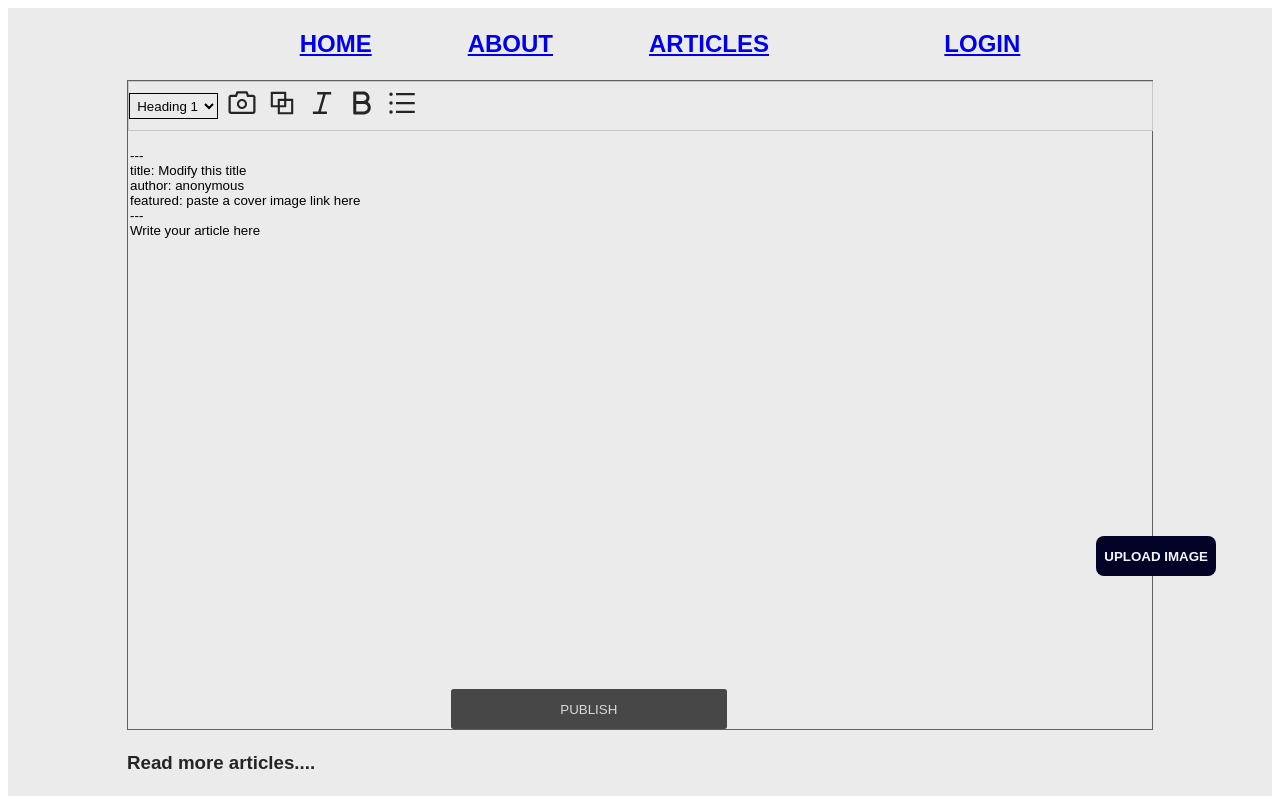
Repository: ValGrace/-static-site
Page: /articles (app in client/)
An editor plug-in stored every save of this project. The page is shown before and after the next save, followed by the edit.
The browser window is 1280 px wide. The pictures show the whole page.
The page's requests for data from a server got no answer. The project was rebuilt for these pictures with package versions that can differ from the ones it lists, and the page was loaded fresh each time. No one was signed in, and anything a server would have sent is missing. Also part of the build but not shown: client/vite.config.js, client/src/Components/Login.jsx, client/src/Components/Signup.jsx, client/src/Components/MidSection.jsx, client/src/Components/HomeSection.jsx, client/src/Components/TopSection.jsx, client/src/MdFiles/MdFileContext.js, client/src/Pages/HomePage.jsx and 1 more.

Above is the page before, as saved 2023-07-01 18:33:59.

### client/index.html
<!DOCTYPE html>
<html lang="en">
  <head>
    <meta charset="UTF-8" />
    <link rel="icon" type="image/svg+xml" href="/vite.svg" />
    <meta name="viewport" content="width=device-width, initial-scale=1.0" />
    <title>Static Site Generator</title>

  </head>
  <body>
    <div id="root"></div>
    <script type="module" src="/src/main.jsx"></script>
  </body>
</html>

### client/src/main.jsx
import React from 'react'
import ReactDOM from 'react-dom/client'
import App from './App'
import './index.css'
import { BrowserRouter } from 'react-router-dom'
ReactDOM.createRoot(document.getElementById('root')).render(
  <React.StrictMode>
    <BrowserRouter>
    <App />
    </BrowserRouter>
  </React.StrictMode>,
)

### client/src/App.jsx
import PageRouter from './Routing/PageRouter'
import './App.css'


function App() {

  return (
    <div className="App">
      <PageRouter />
    </div>
  )
}

export default App

### client/src/index.css
:root {
  font-family: 'Acme', sans-serif;
  line-height: 1.5;
  font-weight: 400;

  color-scheme: light dark;
  color: rgba(7, 7, 7, 0.87);
  /* background-color: #000000b4; */
  padding: 0;
  margin: 0;
  font-synthesis: none;
  text-rendering: optimizeLegibility;
  -webkit-font-smoothing: antialiased;
  -moz-osx-font-smoothing: grayscale;
  -webkit-text-size-adjust: 100%;
}

/* a {
  font-weight: 500;
  color: #646cff;
  text-decoration: inherit;
}
a:hover {
  color: #535bf2;
}

body {
  margin: 0;
  display: flex;
  place-items: center;
  min-width: 320px;
  min-height: 100vh;
}

h1 {
  font-size: 3.2em;
  line-height: 1.1;
}

button {
  border-radius: 8px;
  border: 1px solid transparent;
  padding: 0.6em 1.2em;
  font-size: 1em;
  font-weight: 500;
  font-family: inherit;
  background-color: #1a1a1a;
  cursor: pointer;
  transition: border-color 0.25s;
}
button:hover {
  border-color: #646cff;
}
button:focus,
button:focus-visible {
  outline: 4px auto -webkit-focus-ring-color;
}

@media (prefers-color-scheme: light) {
  :root {
    color: #213547;
    background-color: #ffffff;
  }
  a:hover {
    color: #747bff;
  }
  button {
    background-color: #f9f9f9;
  }
} */

### client/src/Routing/PageRouter.jsx
import Dashboard from "../Pages/Dashboard";
import HomePage from "../Pages/HomePage";
import { Routes, Route} from "react-router-dom"
import AboutPage from "../Pages/aboutPage";
import Articles from "../Pages/Articles";
const PageRouter = () => {
    return (
        <Routes>
            <Route exact path="/" element={ <HomePage />}/>
            <Route path="/login" element={ <Dashboard />}/>
            <Route path="/about" element={<AboutPage />} />
            <Route path="/articles" element={<Articles />} />

        </Routes>
    )
}

export default PageRouter

### client/src/App.css
.App {
  display: flex;
  flex-direction: column;
  justify-content: center;
  align-items: center;
  margin: 0;
  padding: 0;
  background-color: rgba(226, 226, 226, 0.699);
}

### client/src/Pages/Dashboard.jsx
import React, { useReducer, useState} from 'react'
import Login from '../Components/Login'
import Signup from '../Components/Signup'
import "../Components/Inputs.css"
import { Link, useNavigate } from 'react-router-dom'
// import { useAuth } from '../Context/UserContext'
import { account } from '../Utils/appwrite'
const initialState = {page : <Login />}
function reducer(state, action) {
    switch(action.type) {
        case 'loginpage':
          return { page: <Login />}
        case 'signuppage':
            return { page: <Signup />}
        default:
            return { page: <h2>Loading....</h2>}
    }
}
const Dashboard = () => {
    const [state, dispatch] = useReducer(reducer, initialState)

    const [ error, setError] = useState('')
    const navigate = useNavigate()
    const ghostLogin = async() => {
        try {
            setError('')
            await account.createAnonymousSession();
            navigate("/")
        }
        catch {
             setError("Failed to Create anonymous account")
        }
    }
    return (
        <div className='dashboard'>
         <h2>Static Site Generator</h2>
         <div>Static site Image</div>
      <div className='dash' id='dash'>
            <div className='toggleForms'>
                <button onClick={() => dispatch({type: 'loginpage'})} className="type-btn">Login</button>
                <button onClick={() => dispatch({type: 'signuppage'})} className="type-btn">Signup</button>
                </div>
            <React.Fragment>{state.page}</React.Fragment>

            <button id="auth-btns" onClick={ghostLogin}>Login with Ghost account</button>
            <h5>{error}</h5>
         </div>
         <Link to="/home">Home</Link>
       </div>
    )
}

export default Dashboard

### client/src/Pages/Articles.jsx
import { useEffect, useRef, useState} from 'react'
import { Axios } from "axios"
import Navbar from '../Components/Navbar'
import { account } from '../Utils/appwrite'
// import { FaBold, FaItalic, FaList} from 'react-icons/fa'
import { AiOutlineItalic, AiOutlineUnorderedList, AiOutlineBold, AiOutlineBlock, AiOutlineCamera} from "react-icons/ai"

const Articles = () => {

  const input = useRef()
  const preview = useRef()

  const [userName] = useState("anonymous")
  const [headStyle, setHeadStyle] = useState("##")
  const [imageData, setImageData] = useState("")
  // const [title, setTitle] = useState('')
  const [currentUser, setCurrentUser] = useState("")
  const articleContext = `
---
title: Modify this title
author: ${currentUser ? currentUser : userName}
featured: paste a cover image link here
---
Write your article here
  `
  const [article, setarticle] = useState(articleContext)


  // get current user account
  const subscriber = () => {
    const unsubscribe = account.get()
    unsubscribe.then(function(promise){
       console.log(promise)
       setCurrentUser(promise.name)
    }, function(error) {
      console.log(error)
    })
    return unsubscribe
  }
  // fetch articles from api
  async function getData() {
    const response =  await fetch('/articles/')
    const postData = await response.json()
    console.log(postData)

  }
  useEffect(()=> {
    subscriber()
    getData()
  }, [])


  const headTwoEvent = (e) => {
    e.preventDefault()
    setHeadStyle(e.target.value)
    input.current.value += headStyle

  }

  const blockEvent = (e) => {
    e.preventDefault()
    input.current.value += "> "
  }

  const italicEvent = (e) => {
    e.preventDefault()
    input.current.value += "*edit this italic text*"
  }

  const boldEvent = (e) => {
    e.preventDefault()
    input.current.value += "**edit this bold text**"
  }
  const editPost = (event) => {
     setarticle(event.target.value)
  }
  const listEvent = (e) => {
      e.preventDefault()
      input.current.value += "\n- "
  }

   const [imageSelected, setImageSelected] = useState()
   const uploadImage = async() => {
    const formdData = new FormData()
    formdData.append("file", imageSelected)
    formdData.append("upload_preset", "blogsite")
    // formData.append("cloud_name", "dnjzdxki1")
    let data = ""
    await Axios.post("https://api.cloudinary.com/v1_1/dnjzdxki1/image/upload", formdData).then((response)=>{
      console.log(response)
      data = response.data["secure_url"]
      setImageData(data)
    })
    input.current.value += `![add alt text here](${imageData})`
    return data
   }
    return (
        <>
          <Navbar />
          <div className="articles">
          <button onClick={uploadImage} className="btn-edit"> Upload Image</button>
            <form className="md-editor" method='post' action='/articles/' encType='multipart/form-data'>

            <div className='article-area'>

              <div className='article-icons'>
                <select value={headStyle} onChange={headTwoEvent}>
                  <option value="# ">Heading 1</option>
                  <option value="## ">Heading 2</option>
                  <option value="### ">Heading 3</option>
                </select>
                              <div>
                <label htmlFor='inputFile'>
                <AiOutlineCamera size="2em"/>
                <input type='file' onChange={(event) => setImageSelected(event.target.files[0])} id="inputFile" accept='image/*'/>
                </label>


                {/* <Image cloudName="" publicId="" /> */}
                </div>
                <span onClick={blockEvent}><AiOutlineBlock size="2em"/></span>
                <span onClick={italicEvent}><AiOutlineItalic size="2em"/></span>
                <span onClick={boldEvent}><AiOutlineBold size="2em"/></span>
                <span onClick={listEvent}><AiOutlineUnorderedList size="2em"/></span>

                </div>

                <textarea value={article} ref={input} onChange={editPost} id='txtarea' name='article'/>
            </div>
            <div className="md-btns">

                <input type='submit' id="md-btn" value='Publish' />
            </div>
            </form>

            <div id="preview" ref={preview}></div>
            <div>

                <h3>Read more articles....</h3>

            </div>
          </div>
        </>
    )
}

export default Articles













//   const submitForm = () => {
//     fetch("/articles/", {
//         method: "POST",
//         headers: {
//             "Content-Type": "application/json",
//         },
//         body: article

//     })
// }

### client/src/Components/Inputs.css
form, #dash {
    width: 80vw;
}
.signupForm, .dash, .dashboard {
   display: flex;
   flex-direction: column;
   justify-content: center;
   align-items: center;
   gap: 0.8em;
}

input, button {
    width: 80%;
    height: 3em;
    background-color: transparent;
    color: black;
}

#sign {
   width: 40vw;
}

.toggleForms {
    display: grid;
    grid-template-columns: 50% 50%;
    gap: 0.4em;
    justify-content: center;
    align-items: center;
}

#inptitle, .article-icons{
   width: 100%;
   border: 0.5px solid rgb(199, 199, 199);
   border-radius: 0.7%;

}

.article-icons {
    width: 79.9vw;
    height: 3em;
    display: flex;
    flex-direction: row;
    align-items: center;
    gap: 0.5em;
}

.article-area {
   margin-top: 0;
   display: flex;
   flex-direction: column;
   height: 90vh;

}

.type-btn {
    background-color: rgb(2, 2, 133);
    border: none;
    width: 20vw;
    border-radius: 8px;
    text-transform: uppercase;
    color: aliceblue;
    font-weight: 700;
}

.type-btn:hover {
   background-color: rgb(1, 1, 22);
}

#auth-btns {
    text-transform: uppercase;
    font-weight: 700;
}

select, option {
    border: 0.08em solid black;
    background-color: transparent;
    font-weight: 500;
    padding: 0.2rem;
}

input[type=file] {
   display: none;
}

label {
    cursor: pointer;
}

### client/src/Utils/appwrite.js
import {Client, Account} from "appwrite"

const client = new Client()

client.setEndpoint("https://cloud.appwrite.io/v1").setProject("64940746ea62d29f596e")

export const account = new Account(client)

### client/src/Components/Navbar.jsx
import { useState } from "react"
import {HiBars3BottomLeft} from 'react-icons/hi2'
import { FaTimes} from 'react-icons/fa'
import { Link} from 'react-router-dom'
import "./Navbar.css"
const Navbar = () => {
    const [clickbar, setClickbar] = useState(false)
    return (
           <>


        <nav id="bar" onClick={()=>setClickbar
        (!clickbar)}>{clickbar ? <>
           <FaTimes size="2em"/>

            <ul>
               <Link to="/"><li>home</li></Link>
                <Link to="/about"><li>about</li></Link>
                <Link to="/articles"><li>articles</li></Link>
                <Link to="/login"><li>Login</li></Link>
            </ul>

        </>: <HiBars3BottomLeft size="2em"/>}
        </nav>

        <nav id="pages">
        <ul>
                <Link to="/"><li>home</li></Link>
                <Link to="/about"><li>about</li></Link>
                <Link to="/articles"><li>articles</li></Link>
            </ul>
            <ul>
                <li><Link to="/login">Login</Link></li>
            </ul>

</nav>
        </>
    )
}

export default Navbar

### client/src/Components/InfoPage.css
#about-page {
    font-size:2rem;
    text-transform: capitalize;

    width: 80vw;

    text-align: center;
}

.about-mid {
   display: flex;
   gap: 0.4rem;
   flex-wrap: wrap;
   flex-direction: column;
}

.about-info, .abt-context {
    /* width: 25vw; */
    display: flex;
    flex-direction: column;

}
#context {
    width: 75vw;
}

.abt-img {
    background-color: rgba(54, 4, 4, 0.685);
    width: 40vw;

}

.abt-img > img {
    width: 100%;
    height: 100%;
}


.md-editor {
    width: 80vw;
    height: 90vh;
    margin: auto;
    display: flex;
    flex-direction: column;
    border: 0.5px solid rgb(97, 97, 97);

}

.footer {
    background-color: rgba(255, 255, 255, 0.952);
    /* padding: 0.8em; */
    width: 100%;
    text-align: center;
    color: rgba(0, 0, 0, 0.938);
    border-radius: 0.4em;
}

#txtarea {
    resize: none;
    width: 100%;
    height: 60vh;
    background-color: transparent;
    border: none;
    font-family: 'Acme', sans-serif;
}
.md-edit {
    position: absolute;
    width: 80vw;
    height: 90vh;
    top: 10%;
    background-color: rgb(0, 0, 0);
    display: flex;
    flex-direction: column;
    align-items: center;
    gap: 0.4em;
}

.md-edit > textarea {
    resize: none;
    width: 90%;
    height: 80%;
    background-color: rgb(29, 28, 28);
    color: rgba(240, 248, 255, 0.932);
    border-radius: 8px;
    border: none;

}

.md-btns {
    display: flex;
   justify-content: center;
   align-items: center;
    gap: 0.7em;
    width: 90%;
}

#md-btn {
    width: 30%;
    background-color: rgb(71, 71, 71);
    color: rgb(218, 218, 218);
    text-transform: uppercase;
    font-weight: 400;
    border: none;
    border-radius: 0.2em;

}
@media screen and (min-width: 670px) {
    #abt-info {
        flex-direction: row-reverse;
    }
    .about-info, .abt-context {
        flex-direction: row;
        justify-content: center;
        gap: 0.8em;

    }
    .abt-pg {
        display: flex;
        flex-direction: column;
        width: 40vw;
    }
    .abt-img {
        width: 40vw;
    }

}

### client/src/Components/Navbar.css
nav {
    width: 70vw;
    height: 10vh;
    display: flex;
}

nav > ul{
  display: flex;
  flex-direction: row;
  text-transform: uppercase;
  list-style-type: none;
  justify-content: center;
  align-items: center;
  gap: 4em;
  font-weight: 600;
  font-size: 1.5rem;
  flex-grow: 1;
  text-decoration: none;
}

ul > li {
    text-decoration: none;
    text-decoration-style: none;
    color: orange;
}

.topsection {
    background-image: url("../assets/pwbg.jpg");
    color: rgb(231, 228, 228);
    width: 98vw;
    height: 70vh;
    background-size: cover;
    display: flex;
    flex-direction: column;
    align-items: center;

    position: relative;
    z-index: 1;
}

.topsection-cover {
    position: absolute;
    left: 0;
    bottom: 0;
    width: 100%;
    height: 100%;
    background-color: rgba(0, 0, 0, 0.719);
    z-index: -1;
}

#top-text {
    width: 65vw;
    left: 40%;
    height: 80%;
    display: flex;
    flex-direction: column;
    justify-content: center;

}

#top-text > h2 {
    font-size: 4.5rem;
    text-transform: capitalize;
    margin: 0;
    /* float: left; */
}

#top-text > p {
    float: right;

}

.head-section {
    display: flex;
    width: 90vw;
    gap: 0.5em;
    flex-wrap: wrap;
}

.head-img {
    background-color: rgb(14, 13, 29);
    width: 90%;
    /* border-radius: 0.9em; */
    height: 45vh;
    box-shadow: rgba(0, 0, 0, 0.25) 0px 14px 28px;
    margin-left: 0;
    justify-self: left;
}

.head-img > img {
    width: 100%;
    height: 100%;
    border-radius: 0.9em;
}

.side-section {
    display: flex;
    flex-direction: column;
    height: 100vh;
    background-color: rgb(14, 13, 13);
    gap: 0.3rem;
    padding: 2.8rem;
    width: 92%;
}

.side-section > h2 {
    font-size: 2.5rem;
    color: rgb(253, 255, 255);
    text-align: center;
}

.featured-articles {
    display: flex;
    flex-direction: row;
    flex-wrap: wrap;
    color: rgb(255, 255, 255);
    text-align: justify;
    gap: 1.6rem;
    align-items: center;
}

.side-blogs > h4 {
    font-size: larger;
    text-transform: capitalize;
}

.side-img-left {
    display: flex;
    flex-direction: column;
    width: 40vw;
    gap: 0.8rem;
}

.side-img-right {
    display: flex;
    flex-direction: row;
    width: 45vw;
    height: 10rem;
    gap: 0.4rem;
    margin-bottom: 0.4rem;
    justify-content: center;
    align-items: center;
}
.side-right-img {
    width: 60%;
    height: 100%;
    box-shadow: rgba(0, 0, 0, 0.25) 0px 14px 28px;
}


.side-img {
    background-color: black;
    width: 100%;
    height: 16rem;

}

.side-img > img, .side-right-img > img {
    width: 100%;
    height: 100%;
}

.side-blogs > h4, .side-blogs > p {
    margin: 0;
}

.btn-edit {
    position: fixed;
    right: 5%;
    bottom: 20%;
    width: auto;
    padding: 8px;
    background-color: rgb(2, 2, 39);
    color: aliceblue;
    text-transform: uppercase;
    font-weight: 600;
    border: none;
    border-radius: 8px;
}
.site-descr {
    width:65vw;
    /* background-color: rgba(226, 226, 226, 0.699); */
    border-radius: 9px;
    /* margin-top: 0.9rem; */
    display: flex;
    /* gap: 0.4rem; */
    /* padding: 3.4rem; */
    height: 25vh;
    margin-bottom: 3em;
}

#pages > ul {

    flex-direction: column;
}

.site-descr > p {
    width: 75%;
}
.site-sep {
    width: 0.1rem;
    height: 90%;
    background-color: rgb(2, 2, 39);
    margin-right: 0.7rem;
}


.value-section {
   width: 100%;
    display: flex;
    gap: 2.8rem;
    flex-wrap: wrap;
    /* color: rgb(20, 20, 20); */
    justify-content: center;
    align-items: center;
}

.single-value {
    box-shadow:
		5px 1px 5px rgb(199, 199, 199);
    border-radius: 10px;
    background-color: rgba(255, 255, 255, 0.863);
    padding: 0.4em;
    width: 15em;
    height: 16em;
}

#icon-section {
    width: 100%;
    height: 40%;
    display:flex;
    justify-content: center;
    align-items: center;
}



@media screen and (min-width: 1200px) {
    #bar {
      display: none;
    }
    #pages > ul{
        flex-direction: row;
    }

  }

@media screen and (max-width: 1200px) {
    #pages {
      display: none;
    }
   #bar {
        flex-direction: column;

    }
    #bar > ul {
        flex-direction: column;
        gap: 2em;
        background-color: rgba(255, 255, 255, 0.979);
        color: rgb(2, 6, 56);
        width: 90vw;
        height: 70vh;
        position: absolute;
        top: 0;
        right: 0;
    }
}

After the next save:
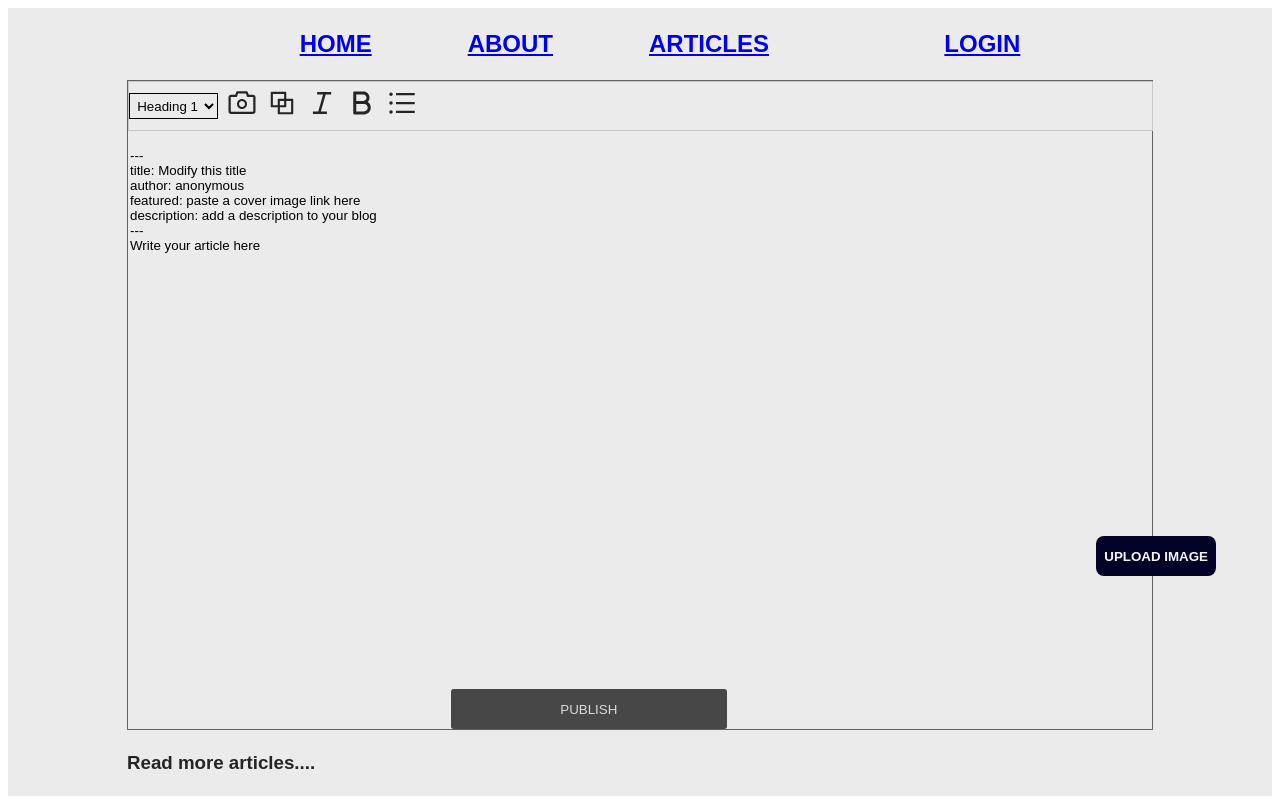
Saved 3 h 20 min later.
--- a/client/src/Pages/Articles.jsx
+++ b/client/src/Pages/Articles.jsx
@@ -20,6 +20,7 @@ const Articles = () => {
 title: Modify this title
 author: ${currentUser ? currentUser : userName}
 featured: paste a cover image link here
+description: add a description to your blog
 ---
 Write your article here
   `
